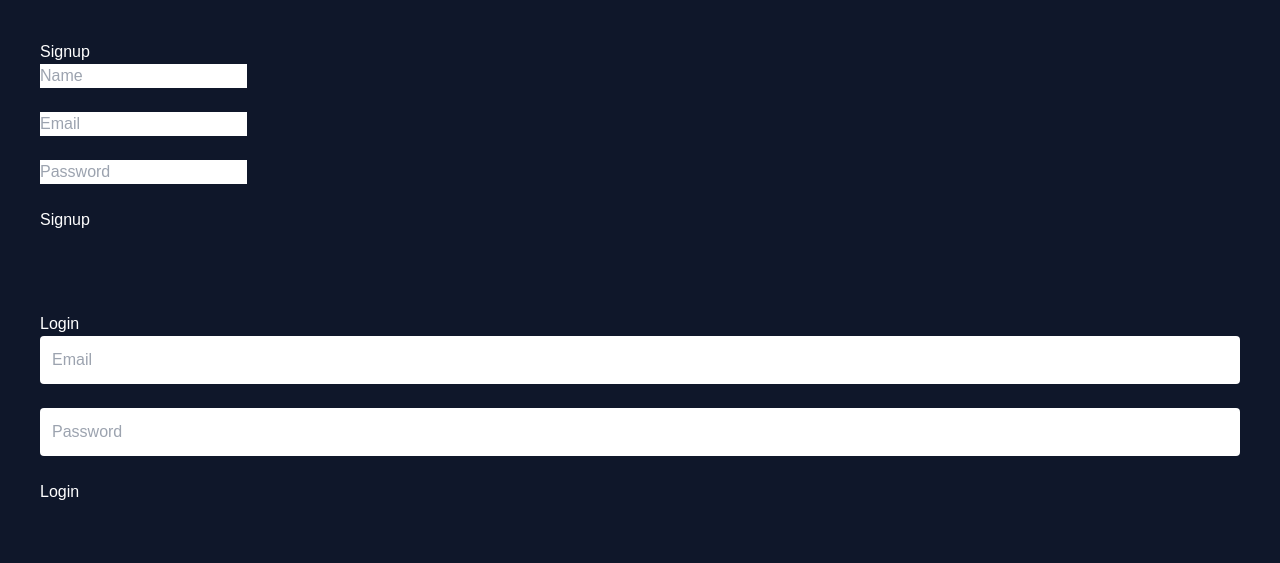
Repository: codelearnAayush/AI-Security-Monitoring-Platform
Page: / (app in frontend/)
The author's editor kept a copy of each file at every save. The page is drawn from the files as they stood at one save, then again after the next save.
The browser window is 1280 px wide. The pictures show the whole page.
The project was rebuilt for these pictures with package versions that can differ from the ones it lists, and the page was loaded fresh each time. Also part of the build but not shown: frontend/vite.config.js, frontend/src/services/api.js, frontend/src/components/ThreatCard.jsx, frontend/src/components/UrlScanner.jsx, frontend/src/components/Dashboard.jsx.

Above is the page before, as saved 2026-05-28 14:49:30.

After the next save:
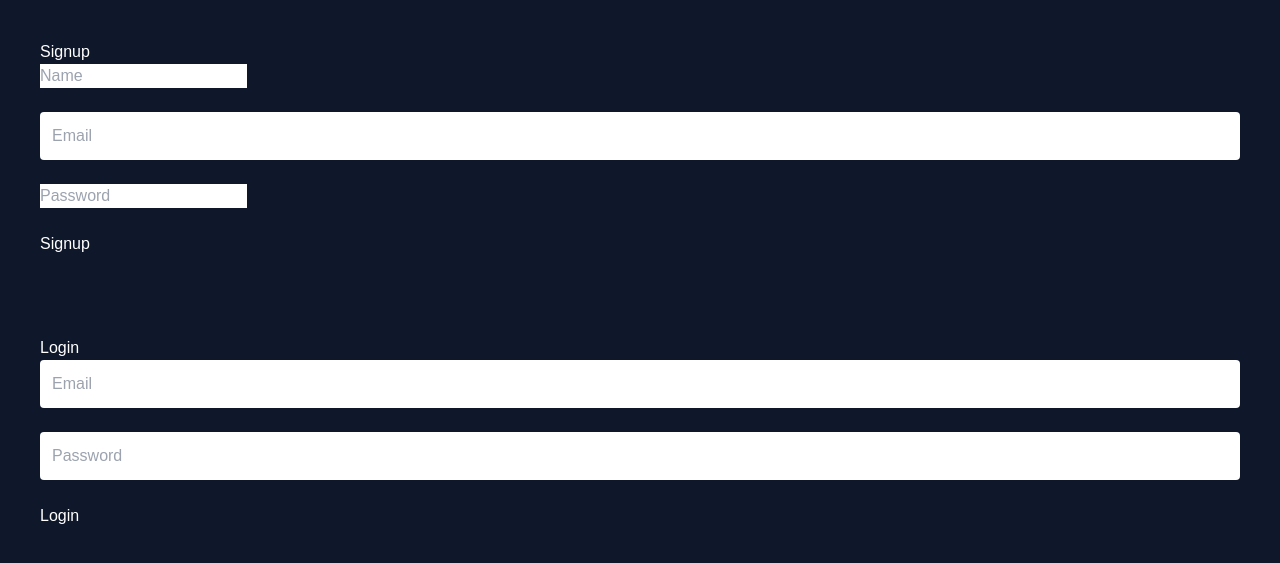
Saved 37 s later.
--- a/frontend/src/pages/Signup.jsx
+++ b/frontend/src/pages/Signup.jsx
@@ -41,9 +41,11 @@ const handleSignup = async () => {
             <br /><br />
 
             <input
-                placeholder="Email"
-                onChange={(e) => setEmail(e.target.value)}
-            />
+    type="text"
+    placeholder="Email"
+    onChange={(e) => setEmail(e.target.value)}
+    className="w-full p-3 rounded bg-white text-black"
+/>
 
             <br /><br />
 
